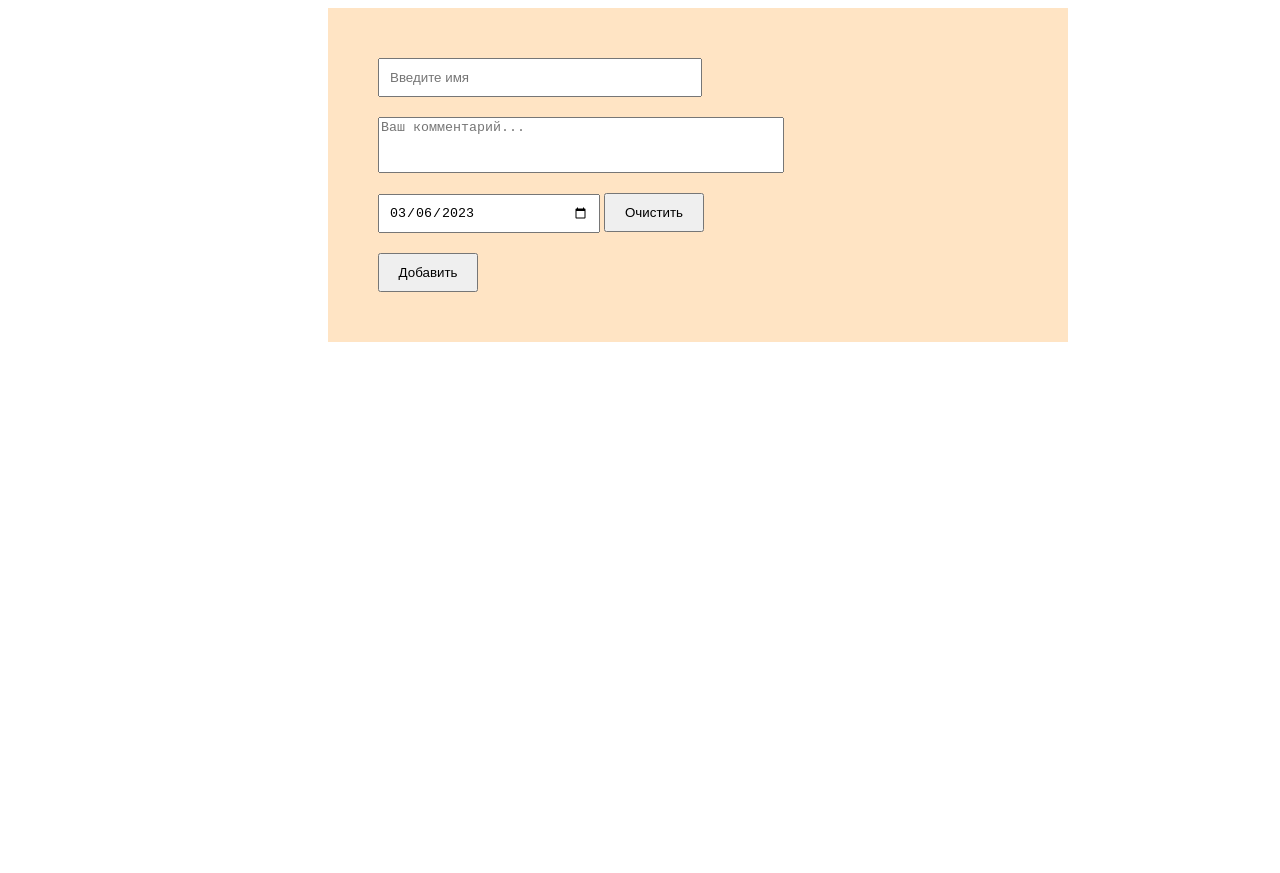
Repository: Grid-Master/commentList
Page: index.html
An editor plug-in stored every save of this project. The page is shown before and after the next save, followed by the edit.
The browser window is 1280 px wide. The pictures show the whole page.

Above is the page before, as saved 2023-03-13 21:51:18.

After the next save:
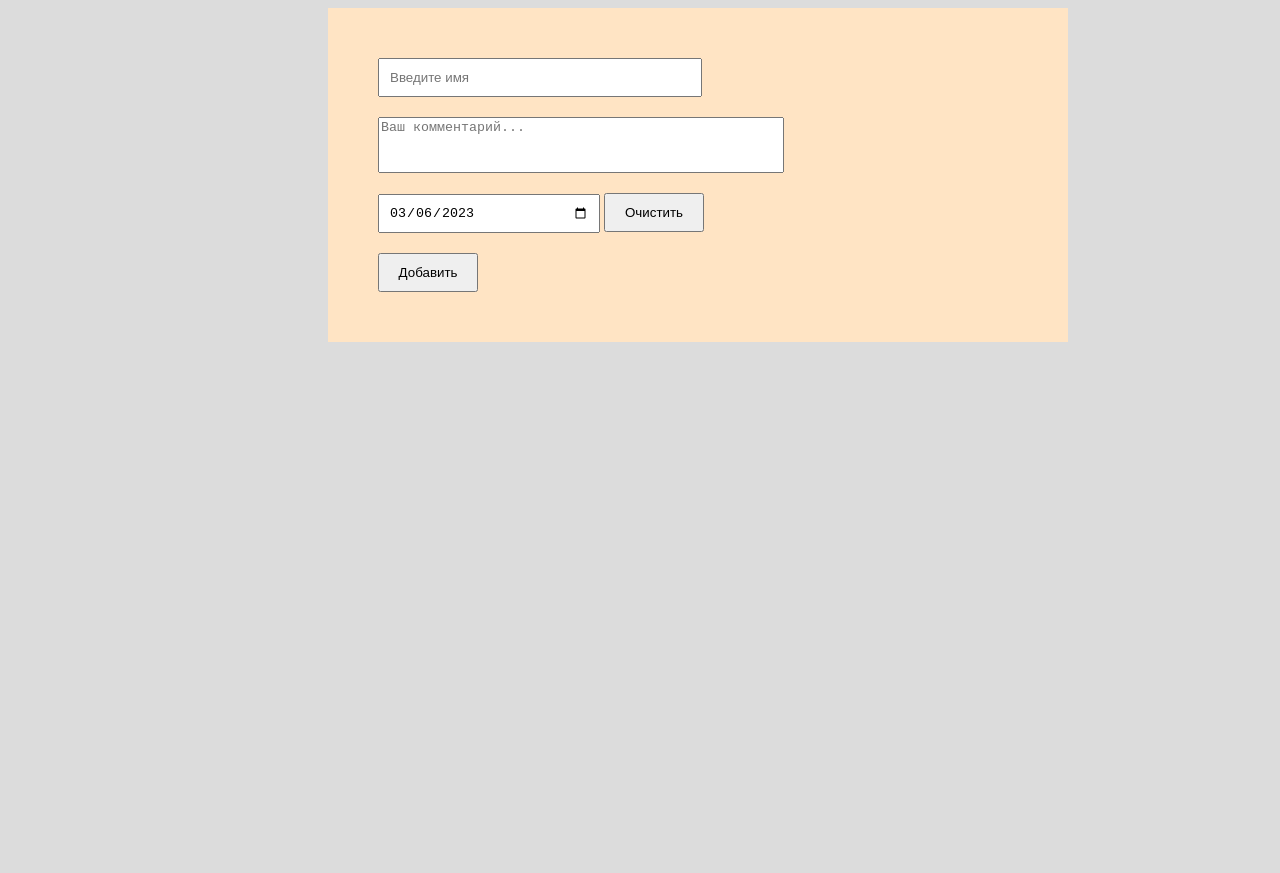
Saved 47 s later.
--- a/index.html
+++ b/index.html
@@ -6,6 +6,9 @@
     <meta name="viewport" content="width=device-width, initial-scale=1.0" />
     <title>Comments</title>
     <style>
+      body {
+        background-color: gainsboro;
+      }
       form {
         width: 50vw;
         margin-left: 25vw;
